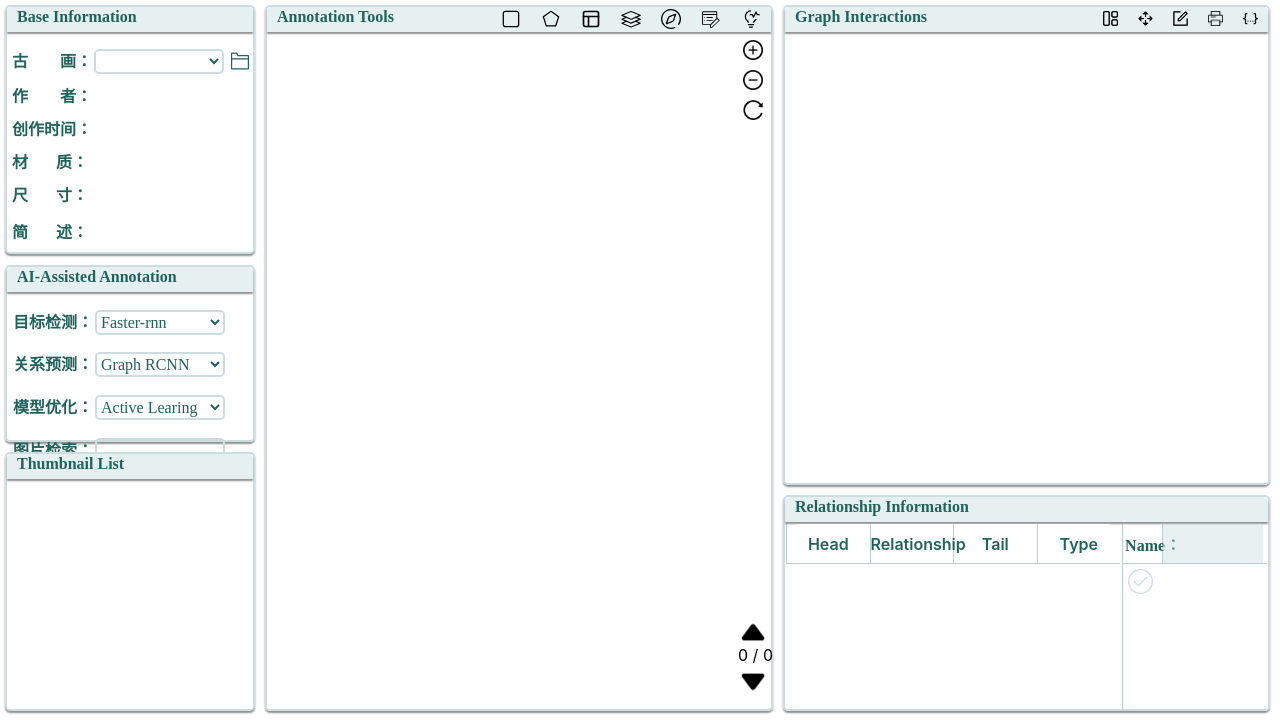
Repository: cailbh/ImageLabelTool
Page: /
The author's editor kept a copy of each file at every save. The page is drawn from the files as they stood at one save, then again after the next save.
The browser window is 1280 px wide. The pictures show the whole page.
The project was rebuilt for these pictures with package versions that can differ from the ones it lists, and the page was loaded fresh each time.

Above is the page before, as saved 2022-11-15 10:32:41.

After the next save:
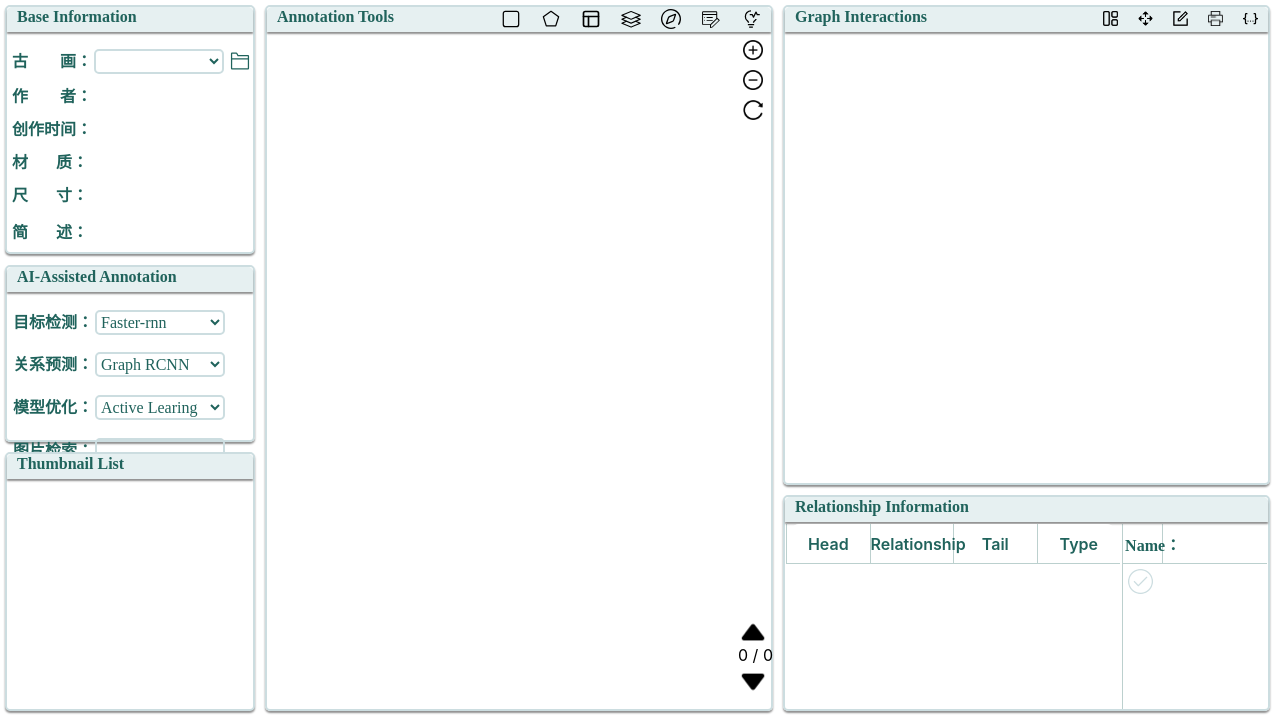
Saved 34 s later.
--- a/src/component/AttributeInput/index.css
+++ b/src/component/AttributeInput/index.css
@@ -130,7 +130,7 @@
     color: rgb(32,99,92);
     height: 100%;
 
-    background: rgba(210,225,230,0.5);
+    background: rgba(210,225,230,0);
     outline: none;
     border: #000;
     border: 0px solid rgb(204,221,224);
